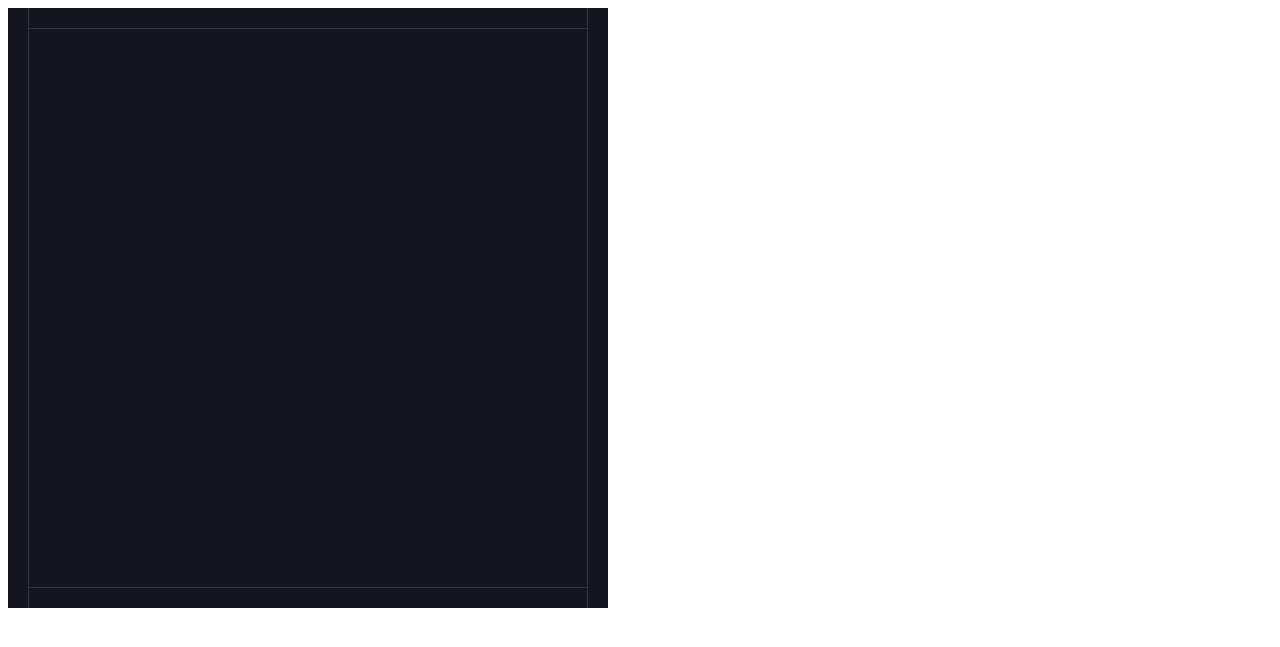
Repository: zhapar/JS-Bootcamp
Page: 3. Maze/index.html
These files come from the project's save history. The page is drawn as it stood at one moment and after the next save; the edit follows.
The browser window is 1280 px wide. The pictures show the whole page.
Some web libraries are served in a nearby version.

Above is the page before, as saved 2020-07-16 17:48:28.

After the next save:
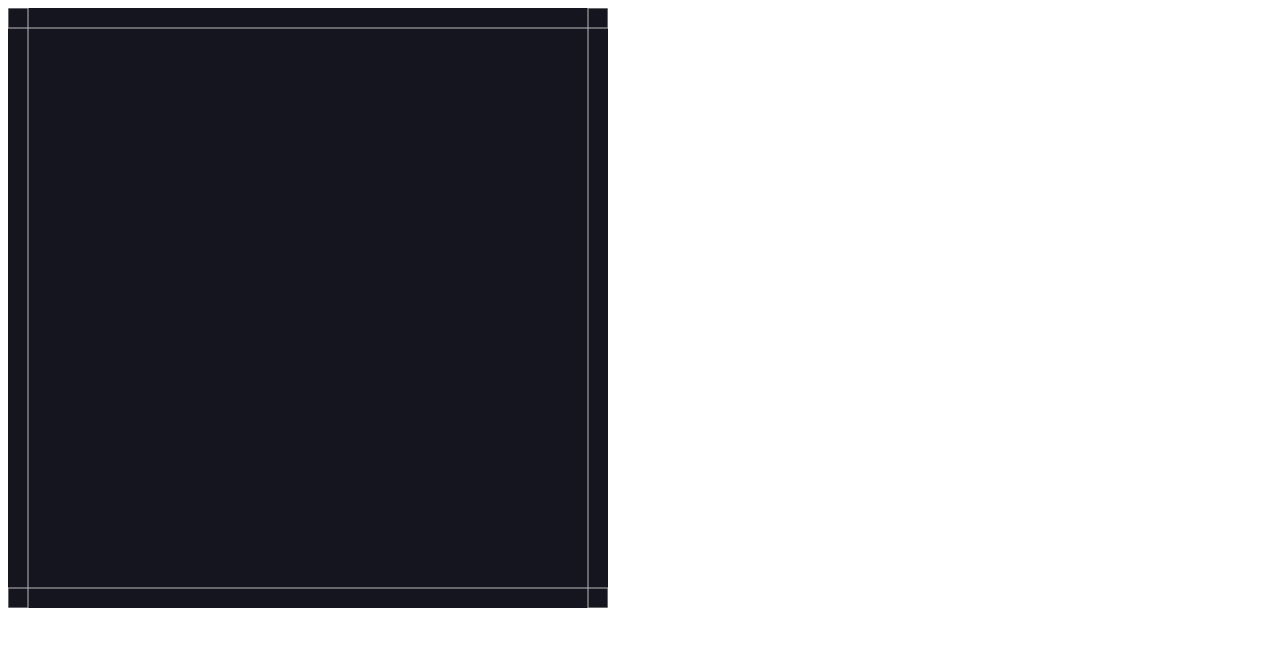
Saved 45 s later.
--- a/3. Maze/app.js
+++ b/3. Maze/app.js
@@ -20,7 +20,7 @@ const render = Render.create({
   element: document.body,
   engine: engine,
   options: {
-    wireframes: false,
+    // wireframes: false,
     width,
     height,
   },
